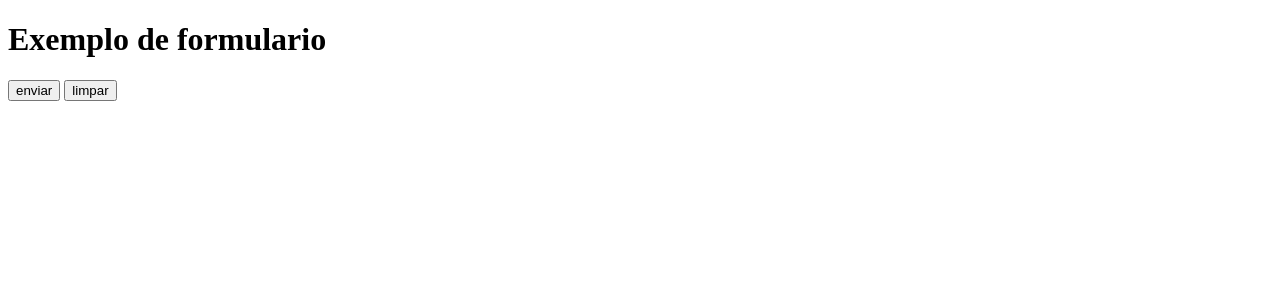
Repository: Lucianorodriguesdev/cursoHTML-CSS
Page: ex025/form005.html
These files come from the project's save history. The page is drawn as it stood at one moment and after the next save; the edit follows.
The browser window is 1280 px wide. The pictures show the whole page.

Above is the page before, as saved 2026-07-10 11:01:06.

After the next save:
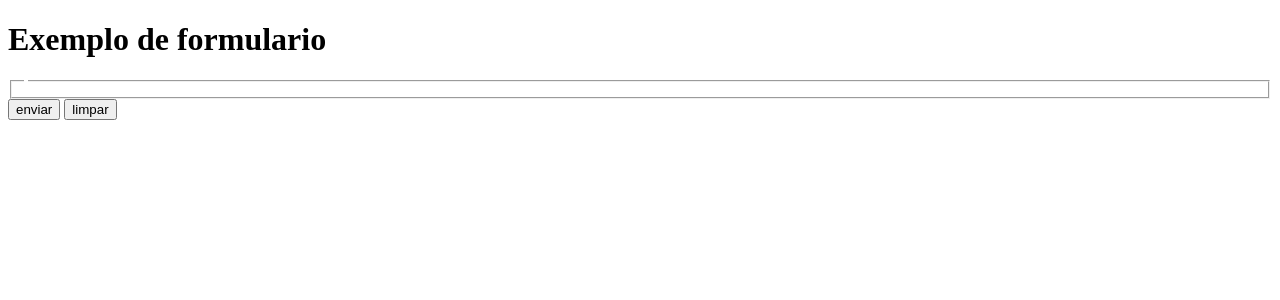
Saved 47 min 44 s later.
--- a/ex025/form005.html
+++ b/ex025/form005.html
@@ -7,7 +7,12 @@
 </head>
 <body>
     <h1>Exemplo de formulario</h1>
-    <form action="formulario.php" method="get">
+    <form action="formulario.php" method="get" autocomplete="on">
+        <fieldset>
+            <legend>
+
+            </legend>
+        </fieldset>
 
         <input type="submit" value="enviar">
         <input type="reset" value="limpar">
